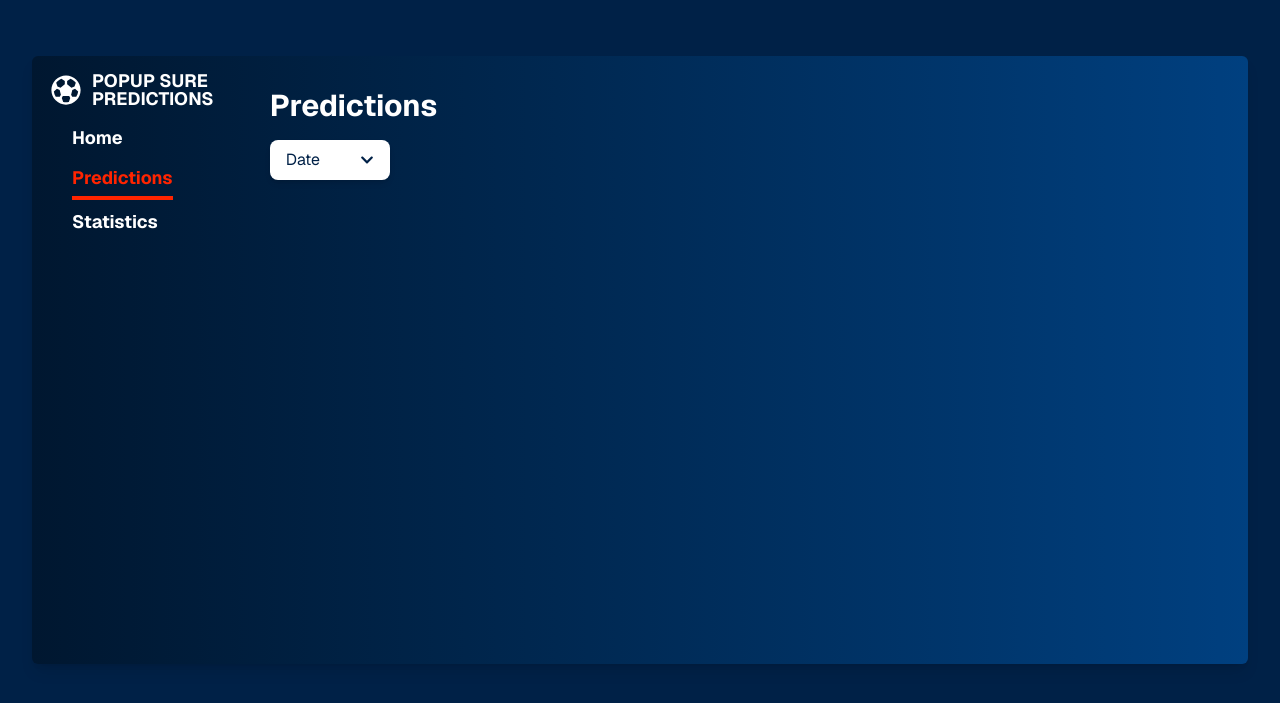
Repository: prototypedave/AlgoFooty
Page: /predictions (app in frontend/algo-footy/)
An editor plug-in stored every save of this project. The page is shown before and after the next save, followed by the edit.
The browser window is 1280 px wide. The pictures show the whole page.
The project was rebuilt for these pictures with package versions that can differ from the ones it lists, and the page was loaded fresh each time. The framework's server and built-in components were replaced by stand-ins that run in the browser. Also part of the build but not shown: frontend/algo-footy/next.config.ts.

Above is the page before, as saved 2025-11-03 06:58:01.

### frontend/algo-footy/app/predictions/page.tsx
"use client";

import Link from "next/link";
import { IoMdFootball } from "react-icons/io";
import { usePathname } from "next/navigation";
import DropdownButton from "@/components/dropdown";

export default function Predictions() {
    const pathname = usePathname();
    return (
        <div className="relative flex flex-col min-h-screen items-center justify-center bg-oxford-blue font-sans">
            <nav className="absolute inset-x-0 top-0 bottom-0 bg-gradient-to-r from-[#001730] to-[#004080] text-white max-h-full rounded-md mx-8 my-14 shadow-lg flex gap-10 p-4">
                <div className="flex flex-col">
                    <div className="flex gap-2">
                        <IoMdFootball className="text-4xl"/>
                        <p className="text-lg font-bold leading-none">
                            <span className="block">POPUP SURE </span>
                            <span className="block">PREDICTIONS</span>
                        </p>
                    </div>
                    <div className="flex flex-col items-start gap-2 pt-4 pl-6 font-bold text-lg text-white">
                        <Link
                            href="/home"
                            className={`pb-1 ${
                            pathname === "/home"
                                ? "border-b-4 border-black font-bold"
                                : "border-b-0"
                            }`}
                        >
                            Home
                        </Link>
                        <Link href="/predictions"
                            className={`inline-block pb-1 ${
                                pathname === "/predictions"? "border-b-4 border-orange-red font-bold text-orange-red" : "border-b-0 border-orange-red"
                            }`}>Predictions</Link>
                        <Link href={"/statistics"}>Statistics</Link>
                    </div>
                </div>
                <div className="flex flex-col p-4 gap-4">
                    <h1 className="text-3xl font-bold">Predictions</h1>
                    <div>
                            <DropdownButton />

                    </div>
                </div>
            </nav>
        </div>
    );
}

### frontend/algo-footy/app/globals.css
@import "tailwindcss";

:root {
  --background: #ffffff;
  --foreground: #171717;
}

@theme inline {
  --color-background: var(--background);
  --color-foreground: var(--foreground);
  --font-sans: var(--font-geist-sans);
  --font-mono: var(--font-geist-mono);
}

@theme {
  --color-oxford-blue: #002147;
  --color-orange-red: #FF2400;
}

@media (prefers-color-scheme: dark) {
  :root {
    --background: #0a0a0a;
    --foreground: #ededed;
  }
}

body {
  background: var(--background);
  color: var(--foreground);
  font-family: Arial, Helvetica, sans-serif;
}

### frontend/algo-footy/components/dropdown.tsx
"use client";
import { useState } from "react";
import { FaChevronDown, FaChevronUp } from "react-icons/fa";

export default function DropdownButton() {
  const [open, setOpen] = useState(false);

  return (
    <div className="relative inline-block text-left">
      {/* Button */}
      <button
        onClick={() => setOpen(!open)}
        className="flex items-center justify-between  gap-10 bg-white text-oxford-blue px-4 py-2 rounded-lg shadow-md hover:bg-gray-100 transition"
      >
        Date
        {open ? (
          <FaChevronUp className="text-sm" />
        ) : (
          <FaChevronDown className="text-sm" />
        )}
      </button>

      {/* Dropdown Menu */}
      {open && (
        <div className="absolute right-0 mt-2 w-48 bg-white border border-gray-200 rounded-lg shadow-lg z-10">
          <ul className="py-1">
            <li>
              <a
                href="#profile"
                className="block px-4 py-2 text-gray-700 hover:bg-gray-100"
              >
                Profile
              </a>
            </li>
            <li>
              <a
                href="#settings"
                className="block px-4 py-2 text-gray-700 hover:bg-gray-100"
              >
                Settings
              </a>
            </li>
            <li>
              <a
                href="#logout"
                className="block px-4 py-2 text-gray-700 hover:bg-gray-100"
              >
                Logout
              </a>
            </li>
          </ul>
        </div>
      )}
    </div>
  );
}

Loaded but not shown: frontend/algo-footy/app/layout.tsx (common file)

After the next save:
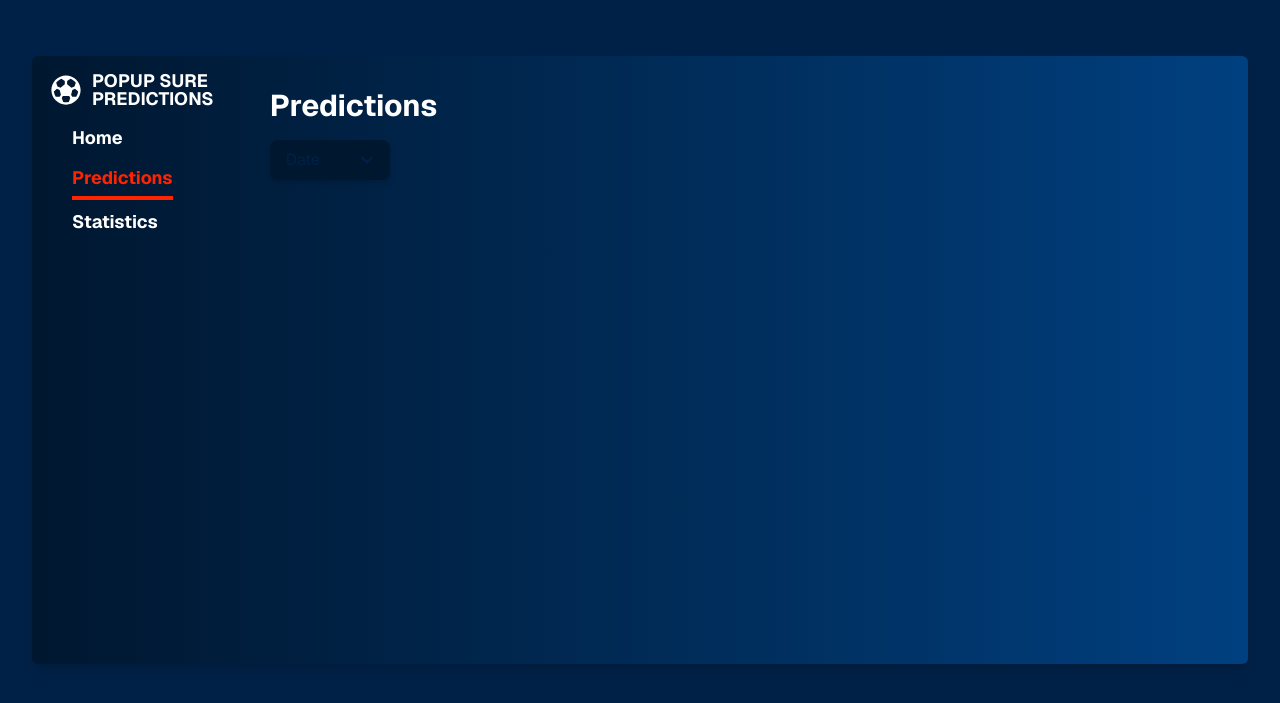
Saved 61 s later.
--- a/frontend/algo-footy/components/dropdown.tsx
+++ b/frontend/algo-footy/components/dropdown.tsx
@@ -10,7 +10,7 @@ export default function DropdownButton() {
       {/* Button */}
       <button
         onClick={() => setOpen(!open)}
-        className="flex items-center justify-between  gap-10 bg-white text-oxford-blue px-4 py-2 rounded-lg shadow-md hover:bg-gray-100 transition"
+        className="flex items-center justify-between gap-10 bg-[#001730] text-oxford-blue px-4 py-2 rounded-lg shadow-md hover:bg-gray-100 transition"
       >
         Date
         {open ? (
